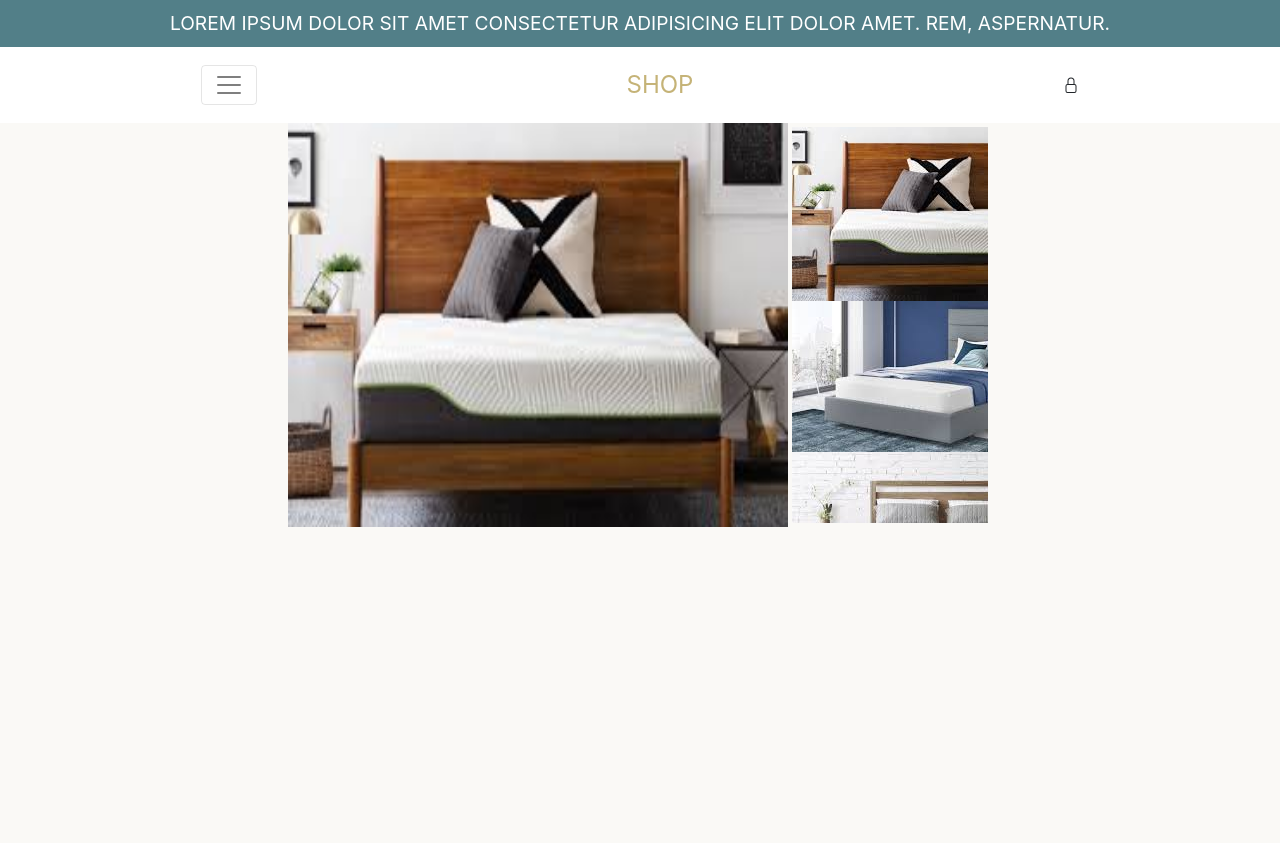
Repository: DaNiels89/frontendassignmentbogbootcamp
Page: index.html
The author's editor kept a copy of each file at every save. The page is drawn from the files as they stood at one save, then again after the next save.
The browser window is 1280 px wide. The pictures show the whole page.

Above is the page before, as saved 2020-03-19 22:24:48.

### index.html
<!DOCTYPE html>
<html lang="en">
  <head>
    <meta charset="UTF-8" />
    <meta name="viewport" content="width=device-width, initial-scale=1.0" />
    <title>Front end Assignment - Carousel</title>
    <link
      rel="stylesheet"
      href="https://stackpath.bootstrapcdn.com/bootstrap/4.4.1/css/bootstrap.min.css"
      integrity="sha384-Vkoo8x4CGsO3+Hhxv8T/Q5PaXtkKtu6ug5TOeNV6gBiFeWPGFN9MuhOf23Q9Ifjh"
      crossorigin="anonymous"
    />
    <link rel="stylesheet" href="css/styles.css" />
    <script
      src="https://code.jquery.com/jquery-3.4.1.slim.min.js"
      integrity="sha384-J6qa4849blE2+poT4WnyKhv5vZF5SrPo0iEjwBvKU7imGFAV0wwj1yYfoRSJoZ+n"
      crossorigin="anonymous"
    ></script>
    <script
      src="https://stackpath.bootstrapcdn.com/bootstrap/4.4.1/js/bootstrap.min.js"
      integrity="sha384-wfSDF2E50Y2D1uUdj0O3uMBJnjuUD4Ih7YwaYd1iqfktj0Uod8GCExl3Og8ifwB6"
      crossorigin="anonymous"
    ></script>
  </head>
  <body>
    <div class="promotion-bar">
      LOREM IPSUM DOLOR SIT AMET CONSECTETUR ADIPISICING ELIT DOLOR AMET. REM,
      ASPERNATUR.
    </div>

    <div class="pos-f-t">
      <div class="collapse" id="navbarToggleExternalContent">
        <div class="bg-dark p-4">
          <h4 class="text-white">Collapsed content</h4>
          <span class="text-muted">Toggleable via the navbar brand.</span>
        </div>
      </div>
      <nav class="navbar navbar-light bg-white">
        <button
          class="navbar-toggler"
          type="button"
          data-toggle="collapse"
          data-target="#navbarToggleExternalContent"
          aria-controls="navbarToggleExternalContent"
          aria-expanded="false"
          aria-label="Toggle navigation"
        >
          <span class="navbar-toggler-icon"></span>
        </button>

        <div class="navbar-div">SHOP</div>

        <svg
          class="bi bi-lock"
          width="1em"
          height="1em"
          viewBox="0 0 16 16"
          fill="currentColor"
          xmlns="http://www.w3.org/2000/svg"
        >
          <path
            fill-rule="evenodd"
            d="M11.5 8h-7a1 1 0 00-1 1v5a1 1 0 001 1h7a1 1 0 001-1V9a1 1 0 00-1-1zm-7-1a2 2 0 00-2 2v5a2 2 0 002 2h7a2 2 0 002-2V9a2 2 0 00-2-2h-7zm0-3a3.5 3.5 0 117 0v3h-1V4a2.5 2.5 0 00-5 0v3h-1V4z"
            clip-rule="evenodd"
          />
        </svg>
      </nav>
    </div>

    <!-- Carousel for small screens -->
    <div id="small-carousel" class="carousel slide" data-ride="carousel">
      <ol class="carousel-indicators">
        <li data-target="#small-carousel" data-slide-to="0" class="active"></li>
        <!-- <li data-target="#small-carousel" data-slide-to="1"></li> -->
        <li data-target="#small-carousel" data-slide-to="2"></li>
        <li data-target="#small-carousel" data-slide-to="3"></li>
        <li data-target="#small-carousel" data-slide-to="4"></li>
        <li data-target="#small-carousel" data-slide-to="5"></li>
        <li data-target="#small-carousel" data-slide-to="6"></li>
        <li data-target="#small-carousel" data-slide-to="7"></li>
        <li data-target="#small-carousel" data-slide-to="8"></li>
        <li data-target="#small-carousel" data-slide-to="9"></li>
      </ol>
      <div class="carousel-inner">
        <div class="carousel-item active">
          <img src="img/bed1.jpeg" class="d-block w-100" alt="Bed1" />
        </div>
        <!-- <div class="carousel-item">
          <img src="img/bed2.jpeg" class="d-block w-100" alt="Bed2" />
        </div> -->
        <div class="carousel-item">
          <img src="img/bed3.jpeg" class="d-block w-100" alt="Bed3" />
        </div>
        <div class="carousel-item">
          <img src="img/bed4.jpeg" class="d-block w-100" alt="Bed4" />
        </div>
        <div class="carousel-item">
          <img src="img/bed5.jpeg" class="d-block w-100" alt="Bed5" />
        </div>
        <div class="carousel-item">
          <img src="img/bed6.jpeg" class="d-block w-100" alt="Bed6" />
        </div>
        <div class="carousel-item">
          <img src="img/bed7.jpeg" class="d-block w-100" alt="Bed7" />
        </div>
        <div class="carousel-item">
          <img src="img/bed8.jpeg" class="d-block w-100" alt="Bed8" />
        </div>
        <div class="carousel-item">
          <img src="img/bed9.jpeg" class="d-block w-100" alt="Bed9" />
        </div>
        <div class="carousel-item">
          <img src="img/bed10.jpeg" class="d-block w-100" alt="Bed10" />
        </div>
      </div>
      <a
        class="carousel-control-prev"
        href="#small-carousel"
        role="button"
        data-slide="prev"
      >
        <span class="carousel-control-prev-icon" aria-hidden="true"></span>
        <span class="sr-only">Previous</span>
      </a>
      <a
        class="carousel-control-next"
        href="#small-carousel"
        role="button"
        data-slide="next"
      >
        <span class="carousel-control-next-icon" aria-hidden="true"></span>
        <span class="sr-only">Next</span>
      </a>
    </div>

    <!-- Carousel for large screens -->
    <div class="carousel-outer-div">
      <div class="carousel-inner-div">
        <img class="get-image" id="get-image" src="img/bed1.jpeg" alt="" />
        <div class="right-carousel">
          <div class="child-right-carousel">
            <img
              class="get-image-right-carousel-right-carousel"
              src="img/bed1.jpeg"
              alt=""
            />
            <img
              onclick="document.getElementById('get-image').innerHTML = src='img/bed2.jpeg'"
              class="get-image-right-carousel"
              src="img/bed2.jpeg"
              alt=""
            />
            <img class="get-image-right-carousel" src="img/bed3.jpeg" alt="" />
            <img class="get-image-right-carousel" src="img/bed4.jpeg" alt="" />
            <img class="get-image-right-carousel" src="img/bed5.jpeg" alt="" />
            <img class="get-image-right-carousel" src="img/bed6.jpeg" alt="" />
            <img class="get-image-right-carousel" src="img/bed7.jpeg" alt="" />
            <img class="get-image-right-carousel" src="img/bed8.jpeg" alt="" />
            <img class="get-image-right-carousel" src="img/bed9.jpeg" alt="" />
            <img class="get-image-right-carousel" src="img/bed10.jpeg" alt="" />
          </div>
        </div>
      </div>
    </div>

    <!-- <script>
      function changeImage() {
        document.getElementById("field2").value = document.getElementById("field1").value;
      }
      </script> -->
  </body>
</html>

### css/styles.css
* {
  box-sizing: border-box;
  margin: 0;
  padding: 0;
}

/* Promotion bar */
.promotion-bar {
  background-color: rgb(82, 127, 136);
  color: white;
  font-size: 1.2rem;
  text-align: center;
  width: 100%;
  height: auto;
  padding: 9px;
}

/* Navigation bar */
.navbar {
  width: 100%;
  display: flex;
  justify-content: space-around;
  margin: 10px 0;
}

.navbar-div {
  color: rgb(197, 179, 119);
  font-size: 1.5rem;
  text-align: center;
  align-items: center;
}

/* Carousel div */
.carousel-outer-div {
  background-color: rgb(250, 249, 246);
  height: 100vh;
  width: auto;
}

.carousel-inner-div {
  display: flex;
  justify-content: center;
}

.get-image {
  width: 500px;
  height: auto;
}

.right-carousel {
  width: 200px;
  height: 400px;
  margin: 2px;
  padding: 2px;
  overflow: hidden;
}

.child-right-carousel {
  width: 100%;
  height: 100%;
  overflow: scroll;
}

.carousel-item {
  max-height: 250px;
}

/* Extra small devices (phones, 600px and down) */
@media only screen and (max-width: 600px) {
  .carousel-outer-div {
    display: none;
  }
}

/* Small devices (portrait tablets and large phones, 600px and up) */
@media only screen and (min-width: 600px) {
  #small-carousel {
    display: none;
  }
  .carousel-small-outer-div {
    display: none;
  }
}

After the next save:
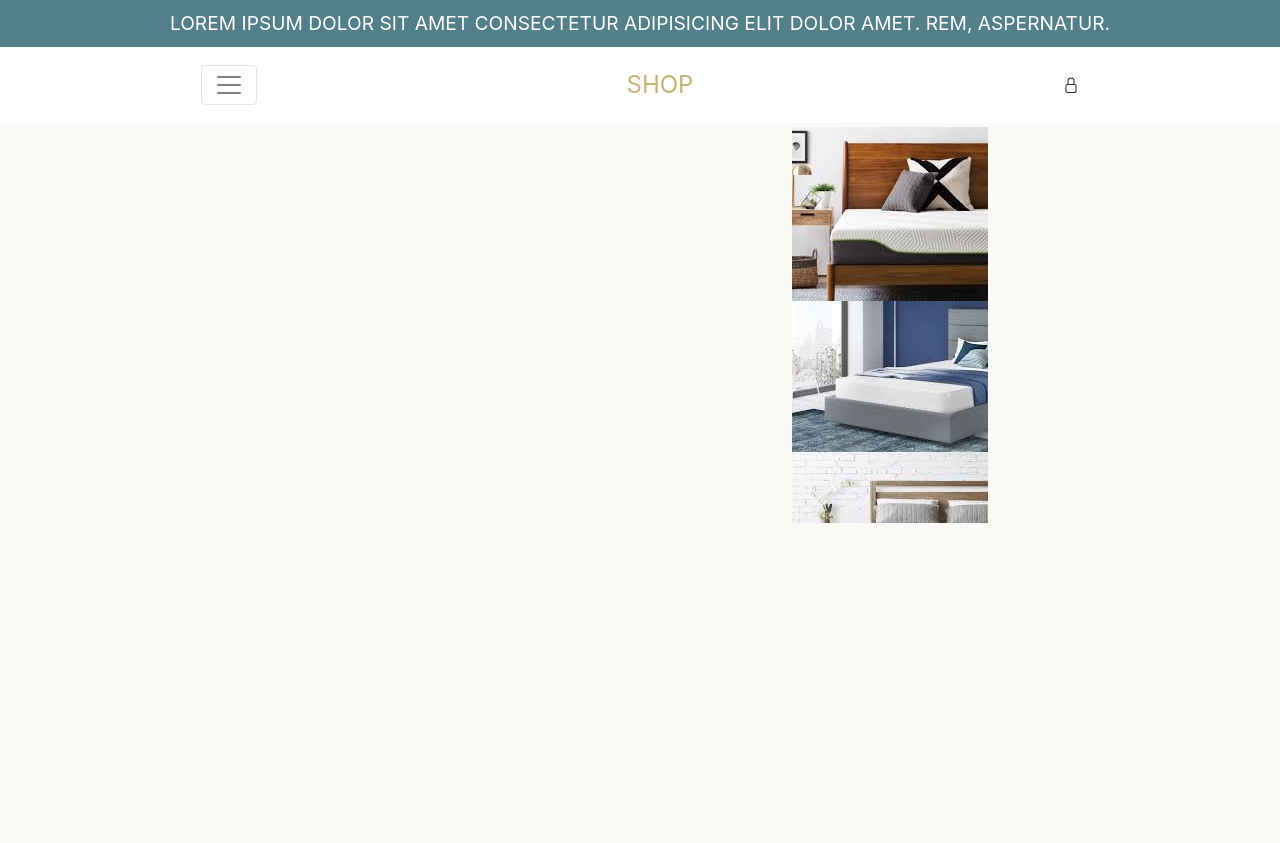
Saved 39 s later.
--- a/index.html
+++ b/index.html
@@ -136,7 +136,7 @@
     <!-- Carousel for large screens -->
     <div class="carousel-outer-div">
       <div class="carousel-inner-div">
-        <img class="get-image" id="get-image" src="img/bed1.jpeg" alt="" />
+        <img class="get-image" id="get-image" src="" alt="" />
         <div class="right-carousel">
           <div class="child-right-carousel">
             <img

After the save that followed:
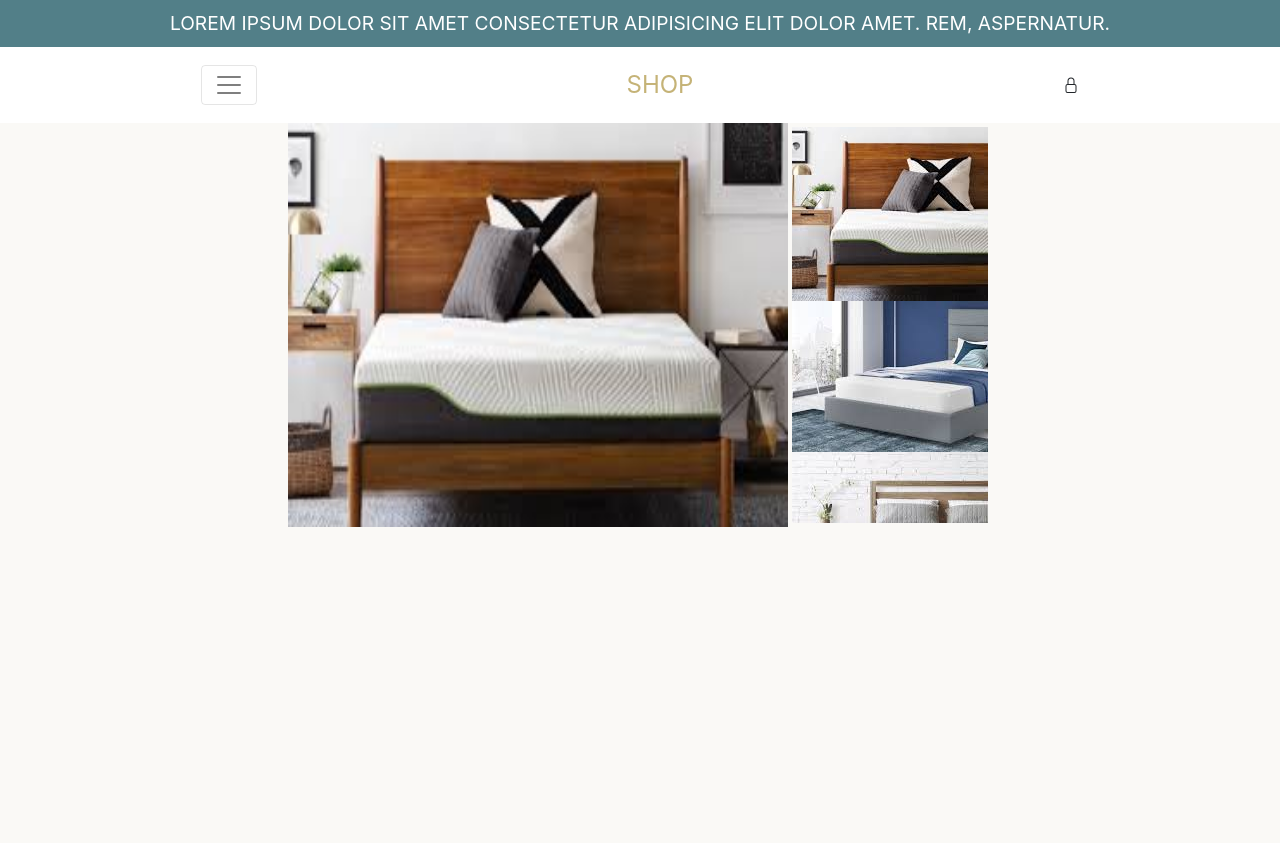
Saved 8 s later.
--- a/index.html
+++ b/index.html
@@ -136,7 +136,7 @@
     <!-- Carousel for large screens -->
     <div class="carousel-outer-div">
       <div class="carousel-inner-div">
-        <img class="get-image" id="get-image" src="" alt="" />
+        <img class="get-image" id="get-image" src="img/bed1.jpeg" alt="" />
         <div class="right-carousel">
           <div class="child-right-carousel">
             <img
